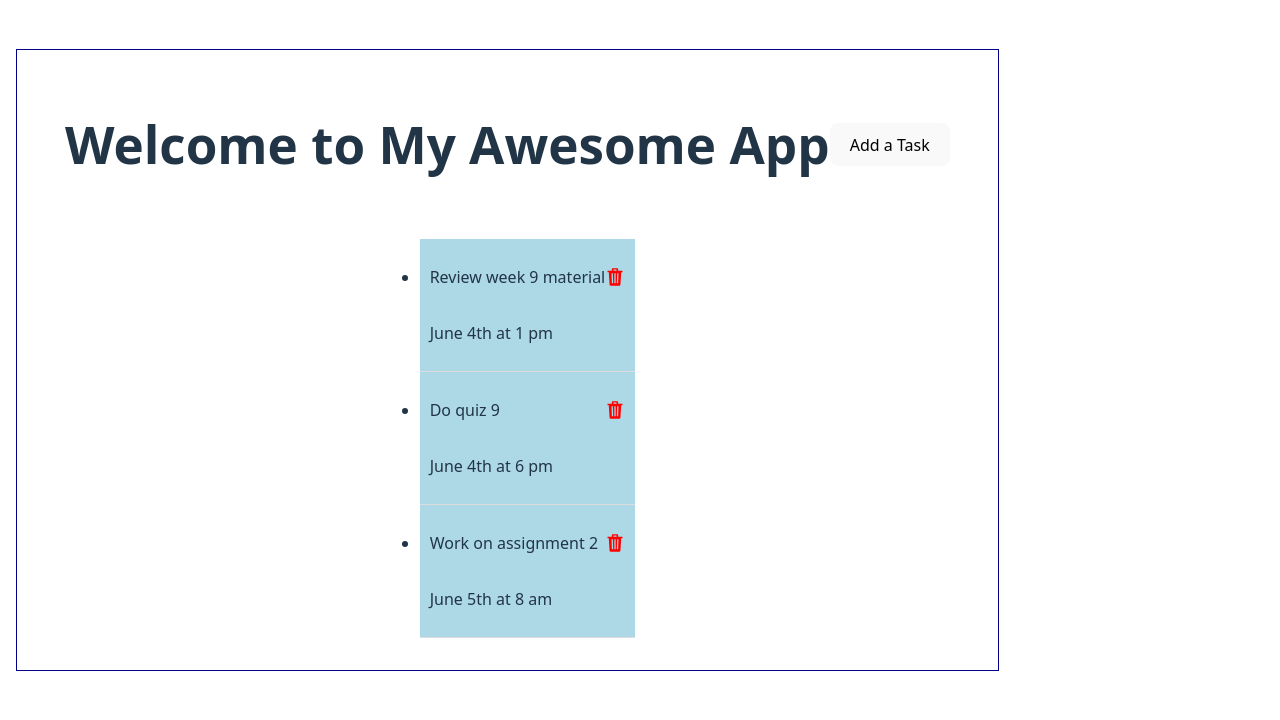
Repository: liulian26/CS5610
Page: /tasks/2 (app in week9/my-vite-app/)
An editor plug-in stored every save of this project. The page is shown before and after the next save, followed by the edit.
The browser window is 1280 px wide. The pictures show the whole page.
The project was rebuilt for these pictures with package versions that can differ from the ones it lists, and the page was loaded fresh each time. Also part of the build but not shown: week9/my-vite-app/vite.config.js.

Above is the page before, as saved 2025-03-20 11:38:00.

After the next save:
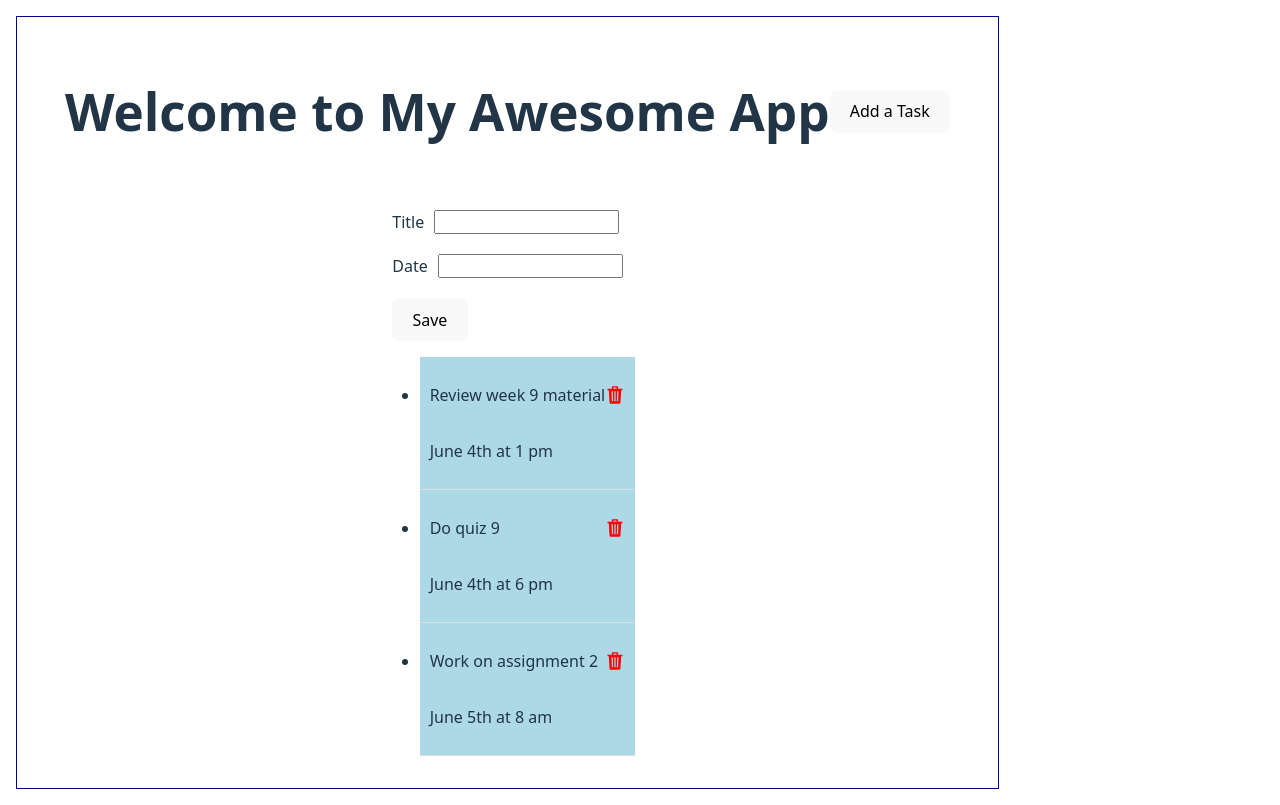
Saved 34 s later.
--- a/week9/my-vite-app/src/App.jsx
+++ b/week9/my-vite-app/src/App.jsx
@@ -1,6 +1,7 @@
 import React from 'react';
 import Header from './components /Header';
 import TaskList from './components /TasksList';
+import AddTask from './components /AddTask';
 
 export default function App() {
   const appName = "My Awesome App"
@@ -8,6 +9,7 @@ export default function App() {
   return(
     <div className="appContainer">
       <Header myAppName={appName} version={2} />
+      <AddTask />
       <TaskList />
     </div>
   );
